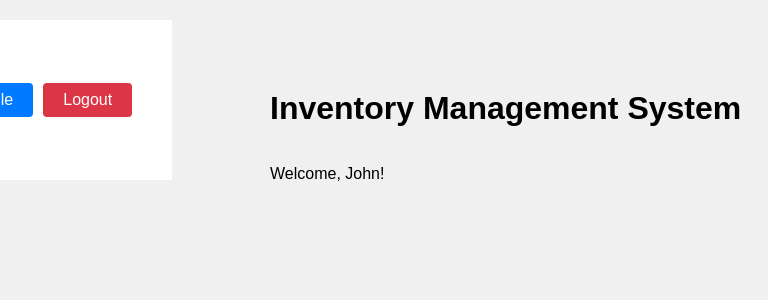
Repository: Warspinix/Flask-Web-Applications
Page: http://localhost/dashboard
These files come from the project's save history. The page is drawn as it stood at one moment and after the next save; the edit follows.
The browser window is 768 px wide. The pictures show the whole page.
The page is served by the project's application, run on Flask 3 (app.py). The session is filled in as if someone had signed in: {"user_id": 1, "first_name": "John"}.

Above is the page before, as saved 2024-06-13 22:22:34.

### templates/dashboard.html
<!-- dashboard.html -->

<!DOCTYPE html>
<html>

<head>
    <title>Inventory Management System</title>
    <link rel="stylesheet" type="text/css" href="{{ url_for('static', filename='style.css') }}">
</head>

<body>
    <div class="container">
        <!-- Navigation Bar -->
        <nav class="navbar" id="navbar">
            <div class="navbar-container">
                <!-- Functionality list -->
                <ul class="navbar-menu" id="menu">
                    <li><a href="{{ url_for('add_product') }}">Add new product</a></li>
                    <li><a href="{{ url_for('search_products') }}">Search products</a></li>
                    <li><a href="{{ url_for('log_inventory') }}">Log inventory</a></li>
                    <li><a href="{{ url_for('view_product_logs') }}">View product logs</a></li>
                    <li><a href="{{ url_for('transport_products') }}">Transport products</a></li>
                    <li><a href="{{ url_for('view_transport_logs') }}">View transport logs</a></li>
                </ul>

                <div class="profile-logout">
                    <a href="{{ url_for('profile') }}" class="btn btn-primary">Profile</a><br>
                    <a href="{{ url_for('logout') }}" class="btn btn-danger">Logout</a>
                </div>
            </div>
        </nav>
        <div class="content">
            <h1>Inventory Management System</h1>

            <!-- Welcome message -->
            <p>Welcome, {{ first_name }}!</p>
        </div>
    </div>
</body>

</html>

### app.py
from flask import Flask, render_template, redirect, url_for, flash, session
import flask_mysqldb
from flask_wtf import FlaskForm
from wtforms import StringField, PasswordField, SubmitField, IntegerField, SelectField
from wtforms.validators import DataRequired, NumberRange, Optional
import os
import datetime
from flask_bcrypt import Bcrypt

secret_key = os.urandom(24).hex()

app = Flask(__name__)
app.config["SECRET_KEY"] = secret_key
app.config["MYSQL_HOST"] = "localhost"
app.config["MYSQL_USER"] = "root"
app.config["MYSQL_PASSWORD"] = ""
app.config["MYSQL_DB"] = "inventory"

bcrypt = Bcrypt(app)

mysql = flask_mysqldb.MySQL(app)

class RegistrationForm(FlaskForm):
    email = StringField("Email", validators=[DataRequired()])
    first_name = StringField("First Name", validators=[DataRequired()])
    last_name = StringField("Last Name", validators=[DataRequired()])
    password = PasswordField("Password", validators=[DataRequired()])
    submit = SubmitField("Register")

class LoginForm(FlaskForm):
    user_id = StringField("User ID", validators=[DataRequired()])
    password = PasswordField("Password", validators=[DataRequired()])
    submit = SubmitField("Login")

class AddProductForm(FlaskForm):
    product_name = StringField("Product Name", validators=[DataRequired()])
    submit = SubmitField("Add Product")

class SearchForm(FlaskForm):
    search_by = StringField("Search by", validators=[DataRequired()])
    search_term = StringField("Search term", validators=[DataRequired()])
    submit = SubmitField("Search")

class AddToInventoryForm(FlaskForm):
    product_id = StringField("Product ID", validators=[DataRequired()])
    quantity_added = StringField("Quantity to add", validators=[DataRequired()])
    submit = SubmitField("Add to Inventory")

from flask_wtf import FlaskForm
from wtforms import SelectField, StringField, SubmitField
from wtforms.validators import DataRequired, Optional

class ViewProductLogsForm(FlaskForm):
    search_by = SelectField("Search by", choices=[
        ('', 'Select option'),
        ('id', 'Product ID'),
        ('month', 'Month'),
        ('both', 'Both')
    ], validators=[DataRequired()])
    product_id = StringField("Product ID", validators=[Optional()])
    month = SelectField("Select month", choices=[
        ('', 'Select month'),
        ('1', 'January'), ('2', 'February'), ('3', 'March'), ('4', 'April'),
        ('5', 'May'), ('6', 'June'), ('7', 'July'), ('8', 'August'),
        ('9', 'September'), ('10', 'October'), ('11', 'November'), ('12', 'December')
    ], validators=[Optional()])
    submit = SubmitField("View Logs")


class TransportForm(FlaskForm):
    product_id = IntegerField('Product ID', validators=[DataRequired(), NumberRange(min=1)])
    quantity_transported = IntegerField('Quantity to transport', validators=[DataRequired(), NumberRange(min=1)])
    submit = SubmitField('Transport')

class ViewTransportLogsForm(FlaskForm):
    search_by = SelectField("Search by", choices=[('', 'Select option'), ('id', 'Product ID'), ('month', 'Month'), ('both', 'Both')], validators=[DataRequired()])
    product_id = StringField("Product ID", validators=[Optional()])
    month = StringField("Select month", validators=[Optional()])
    submit = SubmitField("View Logs")


@app.route("/")
def index():
    return render_template("index.html")

@app.route("/register", methods=["GET", "POST"])
def register():
    form = RegistrationForm()
    if form.validate_on_submit():
        cur = mysql.connection.cursor()
        cur.execute("SELECT COUNT(*) FROM users")
        count = cur.fetchone()[0] + 1
        user_id = str(datetime.date.today().year) + str(count).zfill(3)
        registration_date = datetime.date.today()
        registration_time = datetime.datetime.now().time()
        hashed_password = bcrypt.generate_password_hash(form.password.data).decode('utf-8')
        cur.execute("INSERT INTO users (id, email, first_name, last_name, password, registration_date, registration_time) VALUES (%s, %s, %s, %s, %s, %s, %s)",
                    (user_id, form.email.data, form.first_name.data, form.last_name.data, hashed_password, registration_date, registration_time))
        mysql.connection.commit()
        # flash("Registration successful! You will be redirected to the home page in 3 seconds.")
        # return render_template("register_success.html")
        return redirect(url_for("index"))
    return render_template("register.html", form=form)

@app.route("/login", methods=["GET", "POST"])
def login():
    form = LoginForm()
    if form.validate_on_submit():
        cur = mysql.connection.cursor()
        print(form.user_id.data)
        print(form.password.data)
        cur.execute("SELECT password, first_name FROM users WHERE email = %s", (form.user_id.data,))
        result = cur.fetchone()
        print(result)
        if result:
            hashed_password = result[0]
            if bcrypt.check_password_hash(hashed_password, form.password.data):
                session['user_id'] = form.user_id.data
                session['first_name'] = result[1]  # Store first name in session
                return redirect(url_for("dashboard"))
            else:
                flash("Invalid user ID or password")
        else:
            flash("Invalid user ID or password")
    return render_template("login.html", form=form)

@app.route("/logout")
def logout():
    session.pop('user_id', None)
    session.pop('first_name', None)
    return redirect(url_for("index"))

@app.route("/dashboard")
def dashboard():
    if 'user_id' not in session:
        return redirect(url_for("login"))
    return render_template("dashboard.html", user_id=session['user_id'], first_name=session['first_name'])

@app.route("/profile")
def profile():
    if 'user_id' not in session:
        return redirect(url_for("login"))
    cur = mysql.connection.cursor()
    cur.execute("SELECT email, first_name, last_name, registration_date FROM users WHERE id = %s", (session['user_id'],))
    result = cur.fetchone()
    if result:
        return render_template("profile.html", email=result[0], first_name=result[1], last_name=result[2], registration_date=result[3])
    else:
        flash("User not found")
        return redirect(url_for("dashboard"))

@app.route("/add_product", methods=["GET", "POST"])
def add_product():
    if 'user_id' not in session:
        return redirect(url_for("login"))
    form = AddProductForm()
    if form.validate_on_submit():
        cur = mysql.connection.cursor()
        cur.execute("INSERT INTO products (name, quantity) VALUES (%s, %s)",
                    (form.product_name.data, 0))
        mysql.connection.commit()
        cur.execute("SELECT id FROM products ORDER BY id DESC LIMIT 1")
        product_id = cur.fetchone()[0]
        flash("Product added successfully! Product ID is " + str(product_id))
    return render_template("add_product.html", form=form, user_id=session['user_id'], first_name=session['first_name'])

@app.route("/search_products", methods=["GET", "POST"])
def search_products():
    if 'user_id' not in session:
        return redirect(url_for("login"))
    form = SearchForm()
    if form.validate_on_submit():
        cur = mysql.connection.cursor()
        if form.search_by.data == "id":
            cur.execute("SELECT * FROM products WHERE id = %s", (form.search_term.data,))
        else:
            cur.execute("SELECT * FROM products WHERE name LIKE %s", ("%" + form.search_term.data + "%",))
        products = cur.fetchall()
        return render_template("search_products.html", form=form, products=products, user_id=session['user_id'], first_name=session['first_name'])
    return render_template("search_products.html", form=form, user_id=session['user_id'], first_name=session['first_name'])

@app.route("/log_inventory", methods=["GET", "POST"])
def log_inventory():
    if 'user_id' not in session:
        return redirect(url_for("login"))
    form = AddToInventoryForm()
    if form.validate_on_submit():
        cur = mysql.connection.cursor()
        cur.execute("SELECT quantity FROM products WHERE id = %s", (form.product_id.data,))
        result = cur.fetchone()
        if result:
            new_quantity = result[0] + int(form.quantity_added.data)
            cur.execute("UPDATE products SET quantity = %s WHERE id = %s", (new_quantity, form.product_id.data))
            mysql.connection.commit()
            cur.execute("INSERT INTO products_log (product_id, quantity_added, log_date, log_time, user_id) VALUES (%s, %s, %s, %s, %s)",
                        (form.product_id.data, form.quantity_added.data, datetime.date.today(), datetime.datetime.now().time(), session['user_id']))
            mysql.connection.commit()
            flash("Inventory updated successfully!")
        else:
            flash("Product not found")
    return render_template("log_inventory.html", form=form, user_id=session['user_id'], first_name=session['first_name'])

@app.route("/view_product_logs", methods=["GET", "POST"])
def view_product_logs():
    if 'user_id' not in session:
        return redirect(url_for("login"))

    form = ViewProductLogsForm()
    product_logs = None

    if form.validate_on_submit():
        search_by = form.search_by.data
        product_id = form.product_id.data
        month = form.month.data

        query = """SELECT pl.product_id, p.name, pl.quantity_added, pl.log_date, pl.log_time,
                          CONCAT(u.first_name, ' ', u.last_name) AS full_name
                   FROM products_log pl
                   JOIN products p ON pl.product_id = p.id
                   JOIN users u ON pl.user_id = u.id"""
        conditions = []
        params = []

        if search_by == 'id':
            conditions.append("pl.product_id = %s")
            params.append(product_id)
        elif search_by == 'month':
            conditions.append("MONTH(pl.log_date) = %s")
            params.append(month)
        elif search_by == 'both':
            conditions.append("pl.product_id = %s AND MONTH(pl.log_date) = %s")
            params.append(product_id)
            params.append(month)

        if conditions:
            query += " WHERE " + " AND ".join(conditions)

        cur = mysql.connection.cursor()
        cur.execute(query, tuple(params))
        product_logs = cur.fetchall()

    return render_template("view_product_logs.html", form=form, product_logs=product_logs, user_id=session['user_id'], first_name=session['first_name'])

@app.route("/transport_products", methods=["GET", "POST"])
def transport_products():
    if 'user_id' not in session:
        return redirect(url_for("login"))
    form = TransportForm()
    if form.validate_on_submit():
        cur = mysql.connection.cursor()
        cur.execute("SELECT quantity FROM products WHERE id = %s", (form.product_id.data,))
        result = cur.fetchone()
        if result:
            current_quantity = result[0]
            if current_quantity >= form.quantity_transported.data:
                new_quantity = current_quantity - form.quantity_transported.data
                cur.execute("UPDATE products SET quantity = %s WHERE id = %s", (new_quantity, form.product_id.data))
                mysql.connection.commit()
                cur.execute("INSERT INTO transports_log (product_id, user_id, quantity_transported, log_date, log_time) VALUES (%s, %s, %s, %s, %s)",
                            (form.product_id.data, session['user_id'], form.quantity_transported.data, datetime.date.today(), datetime.datetime.now().time()))
                mysql.connection.commit()
                flash("Product transported successfully!")
            else:
                flash("Not enough quantity in stock")
        else:
            flash("Product not found")
    return render_template("transport_products.html", form=form, user_id=session['user_id'], first_name=session['first_name'])

@app.route("/view_transport_logs", methods=["GET", "POST"])
def view_transport_logs():
    if 'user_id' not in session:
        return redirect(url_for("login"))
    form = ViewTransportLogsForm()
    transport_logs = None
    if form.validate_on_submit():
        search_by = form.search_by.data
        product_id = form.product_id.data
        month = form.month.data

        query = """SELECT tl.id, tl.product_id, p.name, tl.quantity_transported, tl.log_date, tl.log_time,
                          CONCAT(u.first_name, ' ', u.last_name) AS full_name
                   FROM transports_log tl
                   JOIN products p ON tl.product_id = p.id
                   JOIN users u ON tl.user_id = u.id"""
        params = []

        if search_by == 'id':
            query += " WHERE tl.product_id = %s"
            params.append(product_id)
        elif search_by == 'month':
            query += " WHERE MONTH(tl.log_date) = %s"
            params.append(month)
        elif search_by == 'both':
            query += " WHERE tl.product_id = %s AND MONTH(tl.log_date) = %s"
            params.append(product_id)
            params.append(month)

        cur = mysql.connection.cursor()
        cur.execute(query, tuple(params))
        transport_logs = cur.fetchall()

    return render_template("view_transport_logs.html", form=form, transport_logs=transport_logs, user_id=session['user_id'], first_name=session['first_name'])

if __name__ == "__main__":
    app.run(debug=True)

### static/style.css
/* Reset default styles */
* {
    margin: 0;
    padding: 0;
    box-sizing: border-box;
}

body {
    font-family: Arial, sans-serif;
    background-color: #f0f0f0;
    display: flex;
    flex-direction: column;
    min-height: 100vh;
}

h1 {
    padding-bottom: 1.2em;
}

/* Navigation Bar styles */
.navbar {
    background-color: #333;
    color: #fff;
    position: fixed;
    width: 250px; /* Set the width */
    height: 100%;
    top: 0;
    left: 0;
    z-index: 1000;
    transition: all 0.3s ease;
}

.navbar-container {
    display: flex;
    flex-direction: column;
    height: 100%;
}

.navbar-header {
    display: flex;
    align-items: center;
    justify-content: space-between; /* Adjust spacing */
    margin-bottom: 20px; /* Adjust spacing */
}

.navbar-brand {
    color: #fff;
    text-decoration: none;
    font-size: 1.5rem;
    margin-left: 10px;
}

.navbar-menu {
    list-style-type: none;
    display: flex;
    height: 80svh;
    padding: 10px 20px;
    flex-direction: column;
    margin-top: 0; /* Push menu items to the bottom */
}

.navbar-menu li {
    margin-right: 0; /* Remove margin */
}

.navbar-menu li a {
    color: #fff;
    text-decoration: none;
}

.navbar-menu li {
    padding: 10px 20px;
    transition: color 0.3s ease;
}

.navbar-menu li:hover {
    background-color: #007bff;
}

/* Profile and logout buttons */
.profile-logout {
    display: flex;
    flex-direction: column;
    background-color: white;
    align-items: center;
    padding: 10px 40px;
    height: 20svh;
}

.profile-logout a {
    color: #fff;
    text-decoration: none;
    padding: 8px 20px;
    border-radius: 4px;
    transition: background-color 0.3s ease;
}

.profile-logout a.btn-primary {
    background-color: #007bff;
}

.profile-logout a.btn-danger {
    background-color: #dc3545;
}

.profile-logout a.btn:hover {
    background-color: #0056b3;
}

/* Menu toggle button */
.menu-toggle {
    background: none;
    border: none;
    cursor: pointer;
    display: none;
    padding: 5px;
    position: absolute;
    top: 10px;
    right: 10px;
    z-index: 1500;
}

.menu-toggle span {
    background-color: #fff;
    display: block;
    height: 2px;
    margin-bottom: 4px;
    transition: transform 0.2s ease, background-color 0.2s ease;
    width: 20px;
}

.menu-toggle span:nth-child(1) {
    transform: translateY(6px) rotate(45deg);
}

.menu-toggle span:nth-child(2) {
    opacity: 0;
}

.menu-toggle span:nth-child(3) {
    transform: translateY(-6px) rotate(-45deg);
}

@media screen and (max-width: 768px) {
    .navbar {
        width: 250px;
        transform: translateX(-100%);
        transition: transform 0.3s ease;
    }

    .navbar.active {
        transform: translateX(0);
    }

    .navbar-container {
        flex-direction: row;
    }

    .navbar-header {
        margin-bottom: 20px; /* Adjust spacing */
        width: 100%;
        display: flex;
        justify-content: space-between;
    }

    .navbar-brand {
        margin-bottom: 0; /* Adjust spacing */
    }

    .navbar-menu {
        flex-direction: column;
        margin-top: 0;
        width: 100%;
    }

    .navbar-menu.active {
        flex-direction: column;
    }

    .menu-toggle {
        display: block;
    }

    .profile-logout {
        flex-direction: row;
        justify-content: space-between;
    }

    .profile-logout a {
        margin-left: 10px;
        margin-bottom: 0;
    }
}

/* Side Navigation for small screens */
.side-nav {
    position: fixed;
    top: 0;
    left: -250px;
    width: 250px;
    height: 100%;
    background-color: #333;
    transition: all 0.3s ease;
    z-index: 1200;
}

.side-nav.active {
    left: 0;
}

.side-nav ul {
    list-style-type: none;
    padding: 0;
    margin: 20px 0;
}

.side-nav ul li {
    padding: 10px;
    border-bottom: 1px solid #666;
}

.side-nav ul li a {
    color: #fff;
    text-decoration: none;
    display: block;
    transition: all 0.3s ease;
}

.side-nav ul li a:hover {
    background-color: #007bff;
}

/* Content area */
.content {
    margin-left: 250px; /* Width of the side nav */
    margin-top: 70px;
    padding: 20px;
    flex: 1;
}

/* Form styles */
form {
    background-color: #fff;
    padding: 20px;
    border-radius: 8px;
    box-shadow: 0 4px 6px rgba(0, 0, 0, 0.1);
}

form label {
    font-weight: bold;
}

form input[type="number"],
form select {
    padding: 8px;
    margin-top: 5px;
    width: 100%;
    border: 1px solid #ccc;
    border-radius: 4px;
}

form input[type="submit"] {
    background-color: #007bff;
    color: #fff;
    border: none;
    padding: 10px 20px;
    cursor: pointer;
    margin-top: 10px;
    border-radius: 4px;
    transition: background-color 0.3s ease;
}

form input[type="submit"]:hover {
    background-color: #0056b3;
}

/* Table styles */
table {
    width: 100%;
    margin-top: 20px;
    border-collapse: collapse;
    border-radius: 8px;
    overflow: hidden;
    box-shadow: 0 4px 6px rgba(0, 0, 0, 0.1);
}

table th, table td {
    padding: 12px 15px;
    text-align: left;
    border-bottom: 1px solid #ddd;
}

table th {
    background-color: #007bff;
    color: #fff;
}

/* Profile and logout buttons */
.profile-logout {
    text-align: right;
    margin-top: 20px;
}

.profile-logout a {
    margin-left: 10px;
}

.profile-logout a.btn {
    color: #fff;
    text-decoration: none;
    padding: 8px 20px;
    border-radius: 4px;
    transition: background-color 0.3s ease;
}

.profile-logout a.btn.btn-primary {
    background-color: #007bff;
}

.profile-logout a.btn.btn-danger {
    background-color: #dc3545;
}

.profile-logout a.btn:hover {
    background-color: #0056b3;
}

After the next save:
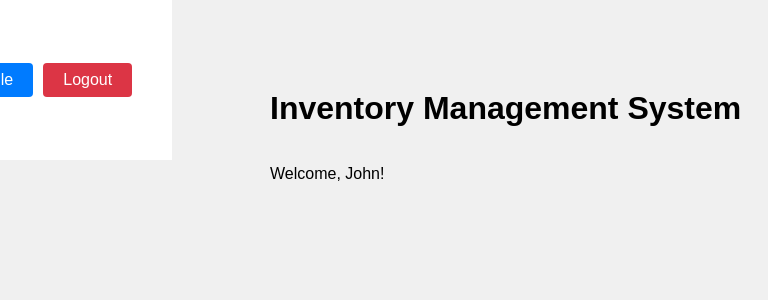
Saved 2 min 52 s later.
--- a/static/style.css
+++ b/static/style.css
@@ -83,6 +83,9 @@ h1 {
     flex-direction: column;
     background-color: white;
     align-items: center;
+    flex-direction: row;
+    justify-content: space-between;
+    text-align: right;
     padding: 10px 40px;
     height: 20svh;
 }
@@ -181,11 +184,6 @@ h1 {
         display: block;
     }
 
-    .profile-logout {
-        flex-direction: row;
-        justify-content: space-between;
-    }
-
     .profile-logout a {
         margin-left: 10px;
         margin-bottom: 0;
@@ -296,10 +294,7 @@ table th {
 }
 
 /* Profile and logout buttons */
-.profile-logout {
-    text-align: right;
-    margin-top: 20px;
-}
+
 
 .profile-logout a {
     margin-left: 10px;
